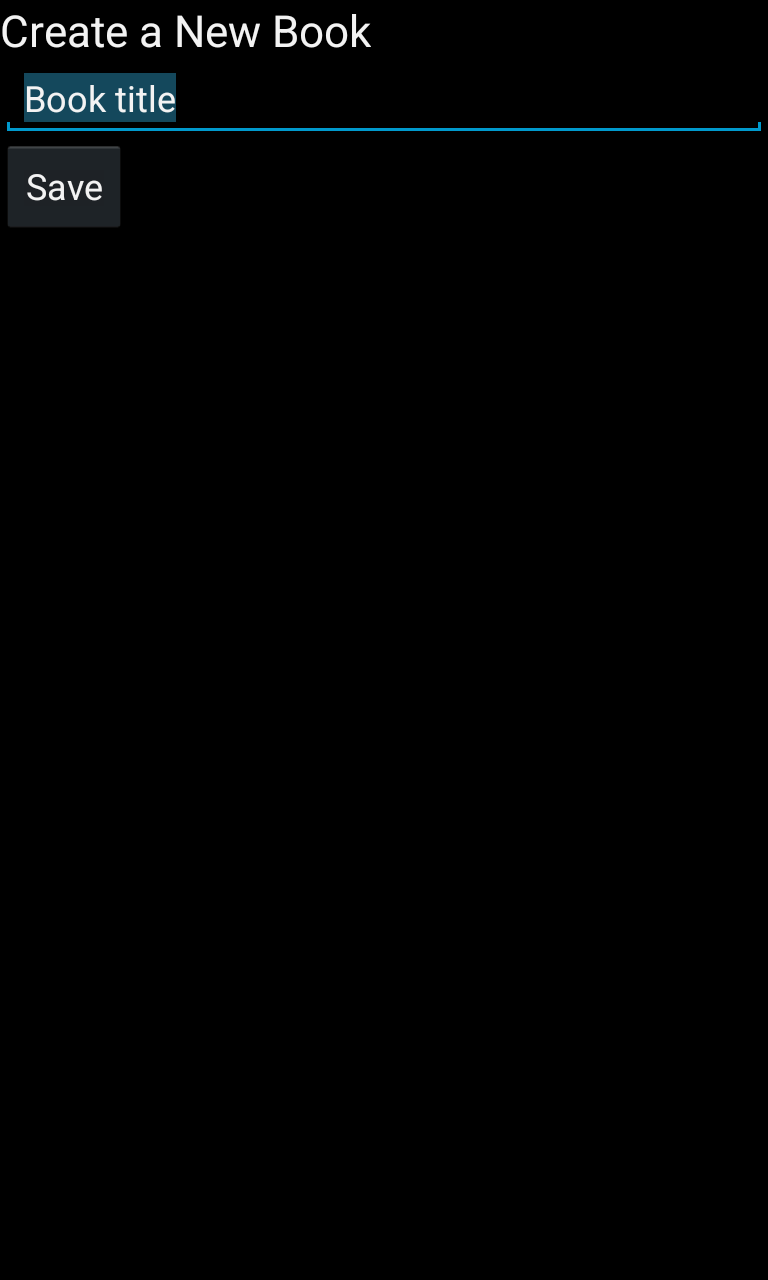
Repository: ringe/andra
Layout: Bookie/res/layout/newbook.xml
These files come from the project's save history. The layout is drawn as it stood at one moment and after the next save; the edit follows.
It is drawn on a 768 x 1280 px phone screen (xhdpi) without system bars, with theme android:Theme.Holo; the app's code is not run.

Above is the layout before, as saved 2012-02-29 11:35:20.

After the next save:
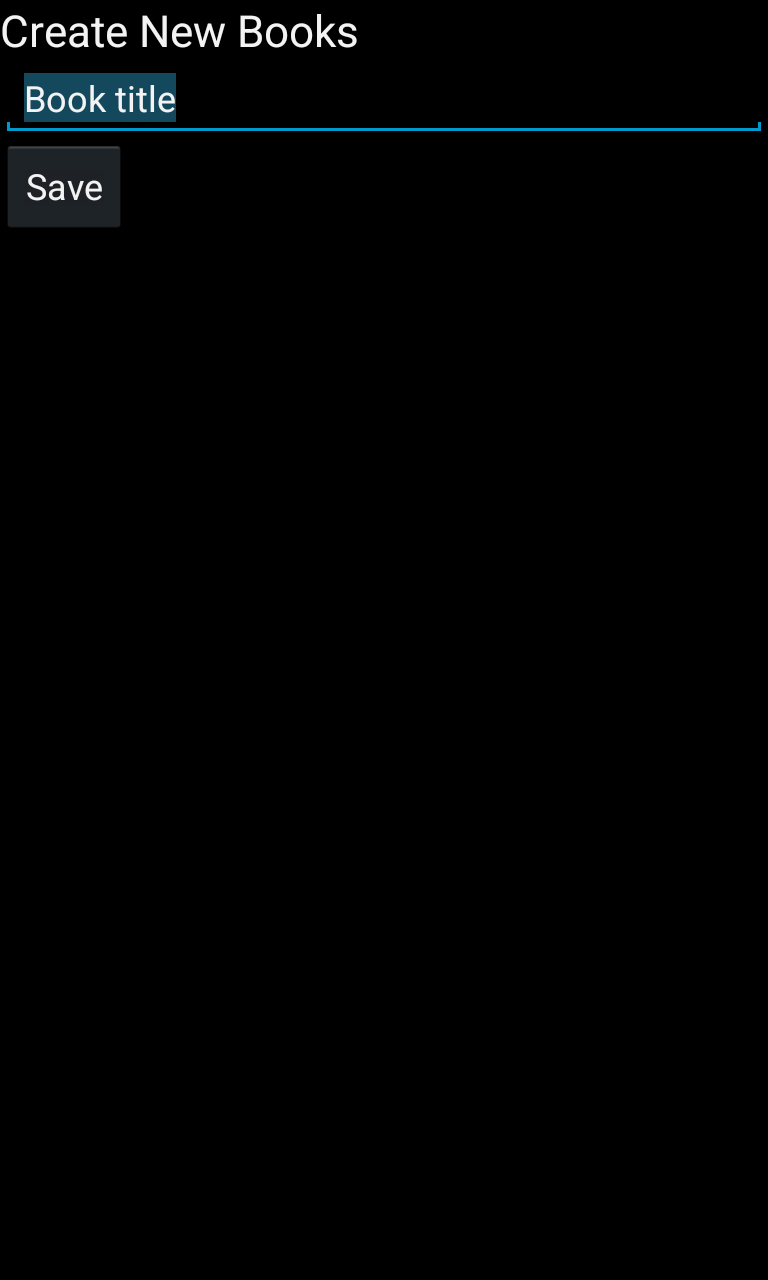
Saved 8 min 41 s later.
--- a/Bookie/res/layout/newbook.xml
+++ b/Bookie/res/layout/newbook.xml
@@ -8,7 +8,7 @@
         android:id="@+id/formtitle"
         android:layout_width="wrap_content"
         android:layout_height="wrap_content"
-        android:text="Create a New Book"
+        android:text="Create New Books"
         android:textAppearance="?android:attr/textAppearanceLarge" />
 
     <EditText
